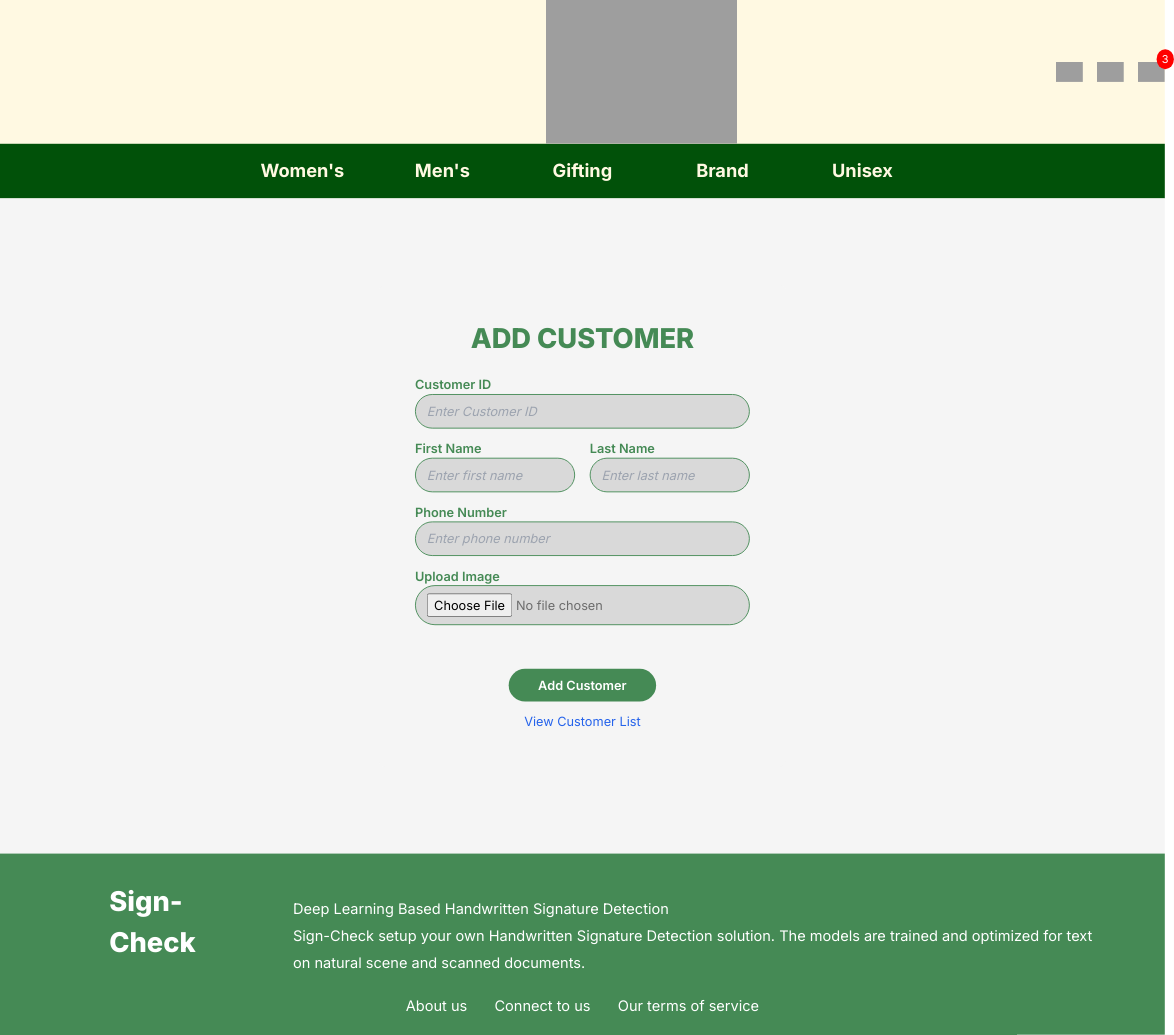
Repository: kimngan2809/AIproject
Page: /add-customer (app in frontend/)
An editor plug-in stored every save of this project. The page is shown before and after the next save, followed by the edit.
The browser window is 1280 px wide. The page is 1290 px wide, so the pictures cover 1290 px, including what lies to the right of the window. The pictures show the whole page, at 91% of full size.
Pictures or frames that could not be fetched are drawn as grey boxes. The page's requests for data from a server got no answer. The project was rebuilt for these pictures with package versions that can differ from the ones it lists, and the page was loaded fresh each time. The framework's server and built-in components were replaced by stand-ins that run in the browser. No one was signed in, and anything a server would have sent is missing. Also part of the build but not shown: frontend/next.config.mjs.

Above is the page before, as saved 2024-10-07 02:34:26.

After the next save:
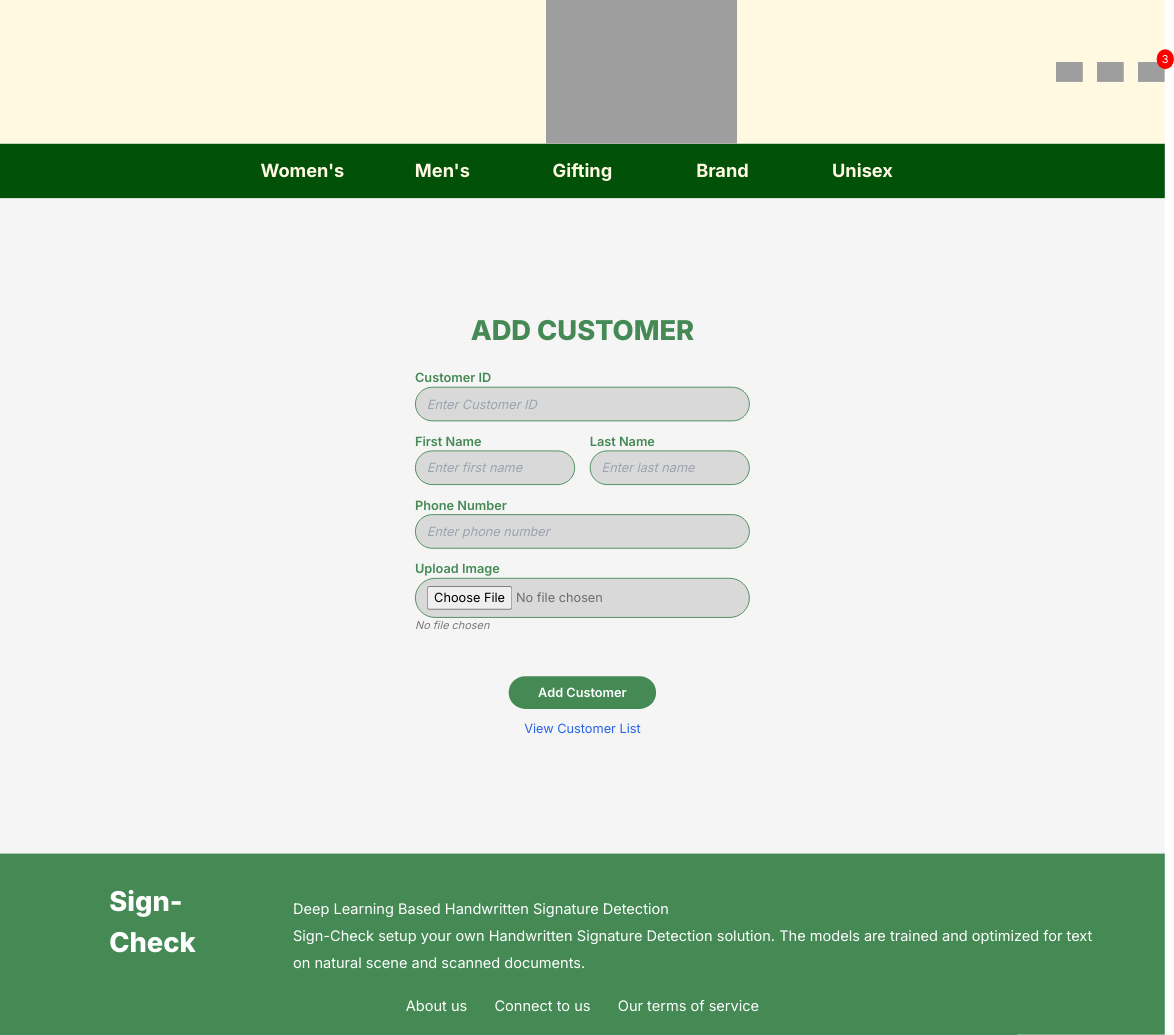
Saved 49 s later.
--- a/frontend/src/app/add-customer/page.jsx
+++ b/frontend/src/app/add-customer/page.jsx
@@ -110,7 +110,9 @@
                 required
                 className="mt-1 block w-full px-3 py-2 bg-[#D9D9D9] border border-[#458A55] rounded-full text-sm text-[#00000080] focus:outline-none placeholder:italic"
               />
-
+              <p className="mt-1 text-xs text-[#00000080] italic">
+    {image ? image.name : "No file chosen"} {/* Show file name or a default message */}
+  </p>
             </div>
 
             <div style={{ minHeight: "24px" }}>

After the save that followed:
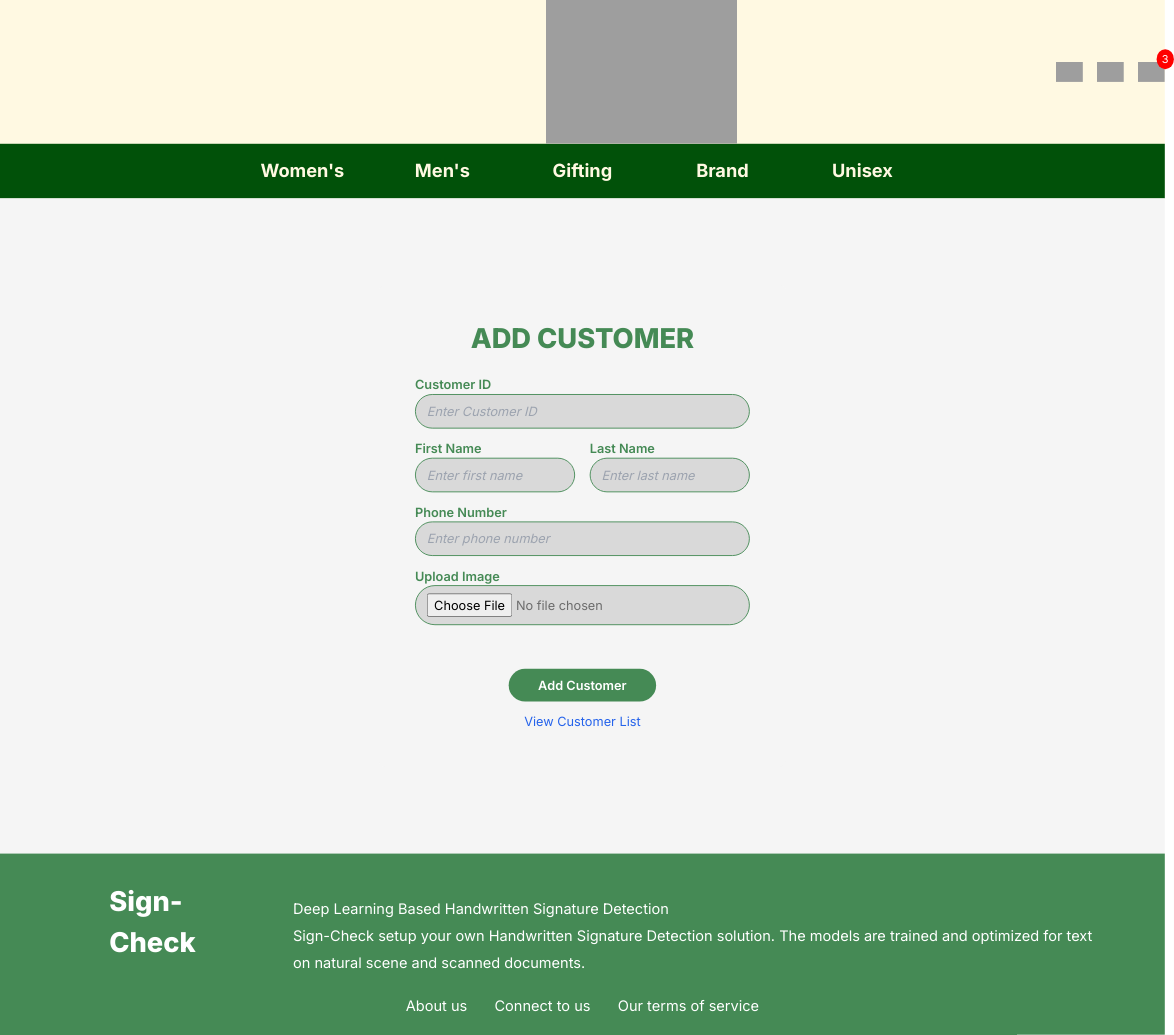
Saved 14 s later.
--- a/frontend/src/app/add-customer/page.jsx
+++ b/frontend/src/app/add-customer/page.jsx
@@ -110,9 +110,7 @@
                 required
                 className="mt-1 block w-full px-3 py-2 bg-[#D9D9D9] border border-[#458A55] rounded-full text-sm text-[#00000080] focus:outline-none placeholder:italic"
               />
-              <p className="mt-1 text-xs text-[#00000080] italic">
-    {image ? image.name : "No file chosen"} {/* Show file name or a default message */}
-  </p>
+
             </div>
 
             <div style={{ minHeight: "24px" }}>
